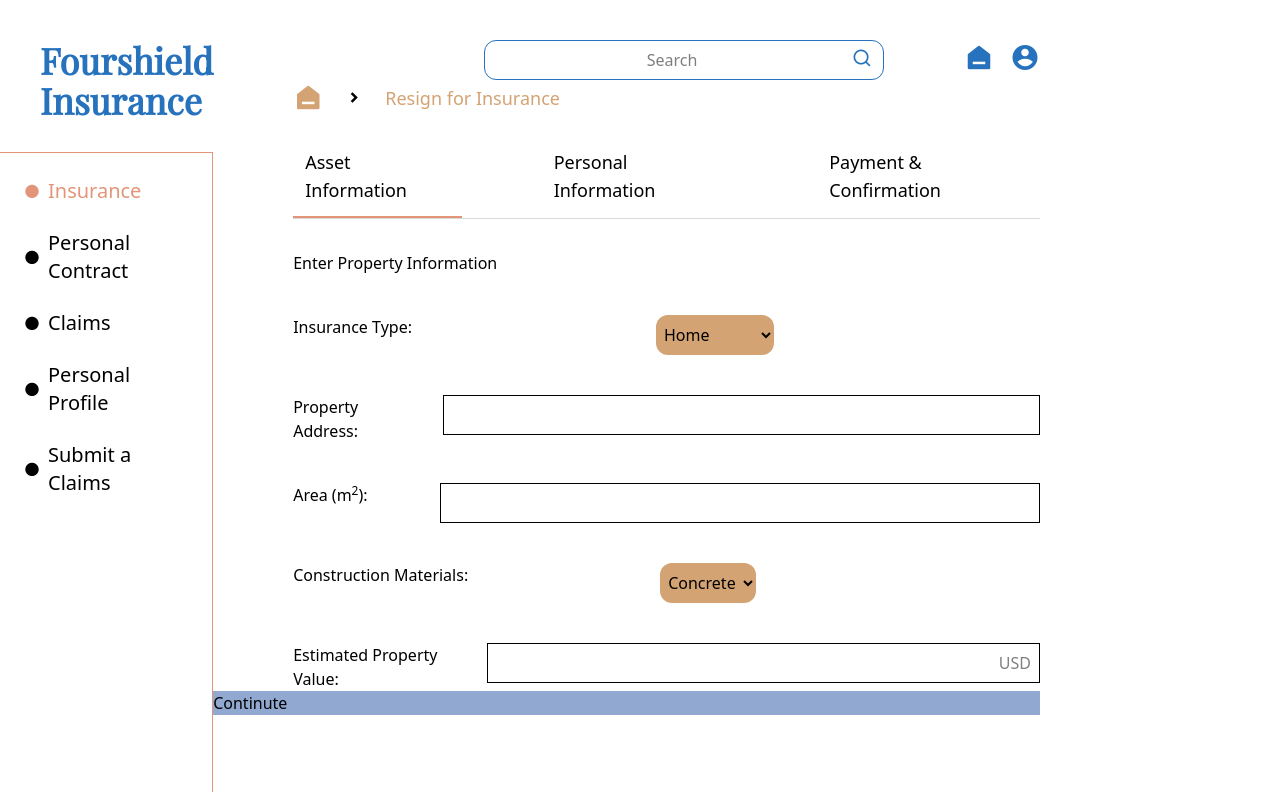
Repository: MockProject9920/MockProject_022025_Nhom4
Page: / (app in frontend/)
The author's editor kept a copy of each file at every save. The page is drawn from the files as they stood at one save, then again after the next save.
The browser window is 1280 px wide. The pictures show the whole page.
The project was rebuilt for these pictures with package versions that can differ from the ones it lists, and the page was loaded fresh each time. Also part of the build but not shown: frontend/vite.config.js, frontend/src/pages/Login.jsx.

Above is the page before, as saved 2025-03-05 16:42:10.

### frontend/index.html
<!DOCTYPE html>

<html lang="en">
  <head>
    <meta charset="UTF-8" />
    <link rel="icon" type="image/svg+xml" href="/vite.svg" />
    <meta name="viewport" content="width=device-width, initial-scale=1.0" />
    <title>Vite + React</title>
  </head>
  <body>
    <div id="root"></div>
    <script type="module" src="/src/main.jsx"></script>
  </body>
</html>

### frontend/src/index.css
@import "tailwindcss";
@import "remixicon/fonts/remixicon.css";
/*  font-family: system-ui, Avenir, Helvetica, Arial, sans-serif;
  line-height: 1.5;
  font-weight: 400;

  color-scheme: light dark;
  color: rgba(255, 255, 255, 0.87);
  background-color: #242424;

  font-synthesis: none;
  text-rendering: optimizeLegibility;
  -webkit-font-smoothing: antialiased;
  -moz-osx-font-smoothing: grayscale;
}

a {
  font-weight: 500;
  color: #646cff;
  text-decoration: inherit;
}
a:hover {
  color: #535bf2;
}

body {
  margin: 0;
  display: flex;
  place-items: center;
  min-width: 320px;
  min-height: 100vh;
}

h1 {
  font-size: 3.2em;
  line-height: 1.1;
}

button {
  border-radius: 8px;
  border: 1px solid transparent;
  padding: 0.6em 1.2em;
  font-size: 1em;
  font-weight: 500;
  font-family: inherit;
  background-color: #1a1a1a;
  cursor: pointer;
  transition: border-color 0.25s;
}
button:hover {
  border-color: #646cff;
}
button:focus,
button:focus-visible {
  outline: 4px auto -webkit-focus-ring-color;
}

@media (prefers-color-scheme: light) {
  :root {
    color: #213547;
    background-color: #ffffff;
  }
  a:hover {
    color: #747bff;
  }
  button {
    background-color: #f9f9f9;
  }
} */

### frontend/src/App.jsx
import AssetInformation from "./pages/AssetInformation";
import Login from "./pages/Login";

function App() {
  return (
    <>
      <AssetInformation />
    </>
  );
}

export default App;

### frontend/src/pages/AssetInformation.jsx
import React from "react";
import "@fontsource/playfair-display";

function AssetInformation() {
  return (
    <div className="flex space-x-0 py-10 h-screen w-screen">
      <div className="w-[280px] space-y-8 h-full">
        <p
          className="text-4xl text-[#2772BD] font-bold pl-10"
          style={{ fontFamily: "Playfair Display" }}
        >
          Fourshield Insurance
        </p>
        <div className="space-y-6 h-full p-6  border-t-1 border-r-1 border-t-[#E29578] border-r-[#E29578]">
          <div className="flex space-x-2 items-center">
            <i class="ri-circle-fill text-[#E29578]"></i>
            <p className="text-xl text-[#E29578]">Insurance</p>
          </div>
          <div className="flex space-x-2 items-center">
            <i class="ri-circle-fill"></i>
            <p className="text-xl">Personal Contract</p>
          </div>
          <div className="flex space-x-2 items-center">
            <i class="ri-circle-fill"></i>
            <p className="text-xl">Claims</p>
          </div>
          <div className="flex space-x-2 items-center">
            <i class="ri-circle-fill"></i>
            <p className="text-xl">Personal Profile</p>
          </div>
          <div className="flex space-x-2 items-center">
            <i class="ri-circle-fill"></i>
            <p className="text-xl">Submit a Claims</p>
          </div>
        </div>
      </div>

      <div className=" w-full  mr-60">
        <div className=" flex space-x-20 justify-end ">
          <div className="relative">
            <input
              placeholder="Search"
              className="w-100 h-10 border border-[#2772BD] text-center py-2 pr-10 pl-4 rounded-xl"
            />
            <i className="ri-search-line absolute right-3 top-[18px] transform -translate-y-1/2 text-[#2772BD] text-xl"></i>
          </div>

          <div className="flex space-x-4 text-[#2772BD] text-2xl">
            <i className="ri-home-6-fill text-3xl"></i>
            <i className="ri-account-circle-fill text-3xl"></i>
          </div>
        </div>

        <div
          className="flex space-x-4 w-full ml-20 items-center
        "
        >
          <i className="ri-home-6-fill text-3xl text-[#D4A373]"></i>
          <i class="ri-arrow-drop-right-line text-3xl"></i>
          <p className="text-lg text-[#D4A373]">Resign for Insurance</p>
        </div>

        <div className="flex space-x-20 ml-20 mt-5 justify-center border-b-1 border-b-[#D9D9D9]">
          <p className="text-lg p-3 border-b-2 border-b-[#E29578] z-10">
            Asset Information
          </p>
          <p className="text-lg p-3 ">Personal Information</p>
          <p className="text-lg p-3 ">Payment & Confirmation</p>
        </div>

        <div className="ml-20 mt-8 space-y-10">
          <p className="font-medium">Enter Property Information</p>

          <div className="flex space-x-4">
            <p className="font-medium">Insurance Type:</p>
            <select className="h-10 p-1 ml-57 rounded-xl bg-[#D4A373]">
              <option className="bg-white" value="Home">
                Home
              </option>
              <option className="bg-white" value="Apartment">
                Apartment
              </option>
              <option className="bg-white" value="Commercial">
                Commercial
              </option>
            </select>
          </div>
          <div className="flex space-x-4 w-full justify-between">
            <p className="font-medium">Property Address:</p>
            <input className="border-1 w-150 h-10"></input>
          </div>
          <div className="flex space-x-4 w-full justify-between">
            <p className="font-medium">
              Area (m<sup>2</sup>):
            </p>
            <input className="border-1 w-150 h-10"></input>
          </div>
          <div className="flex space-x-4">
            <p className="font-medium">Construction Materials:</p>
            <select className="h-10 p-1 ml-44 rounded-xl bg-[#D4A373]">
              <option className="bg-white" value="Concrete">
                Concrete
              </option>
              <option className="bg-white" value="ApaBrickrtment">
                Brick
              </option>
              <option className="bg-white" value="Wood">
                Wood
              </option>
              <option className="bg-white" value="Other">
                Other
              </option>
            </select>
          </div>
          <div className="flex space-x-4 w-full justify-between">
            <p className="font-medium">Estimated Property Value:</p>
            <input
              placeholder="USD"
              className="text-right p-2 border-1 w-150 h-10"
            ></input>
          </div>
        </div>

        <div className="w-full justify-center bg-[#91A8D0]">
          <button>Continute</button>
        </div>
      </div>
    </div>
  );
}

export default AssetInformation;

Loaded but not shown: frontend/src/main.jsx (common file)

After the next save:
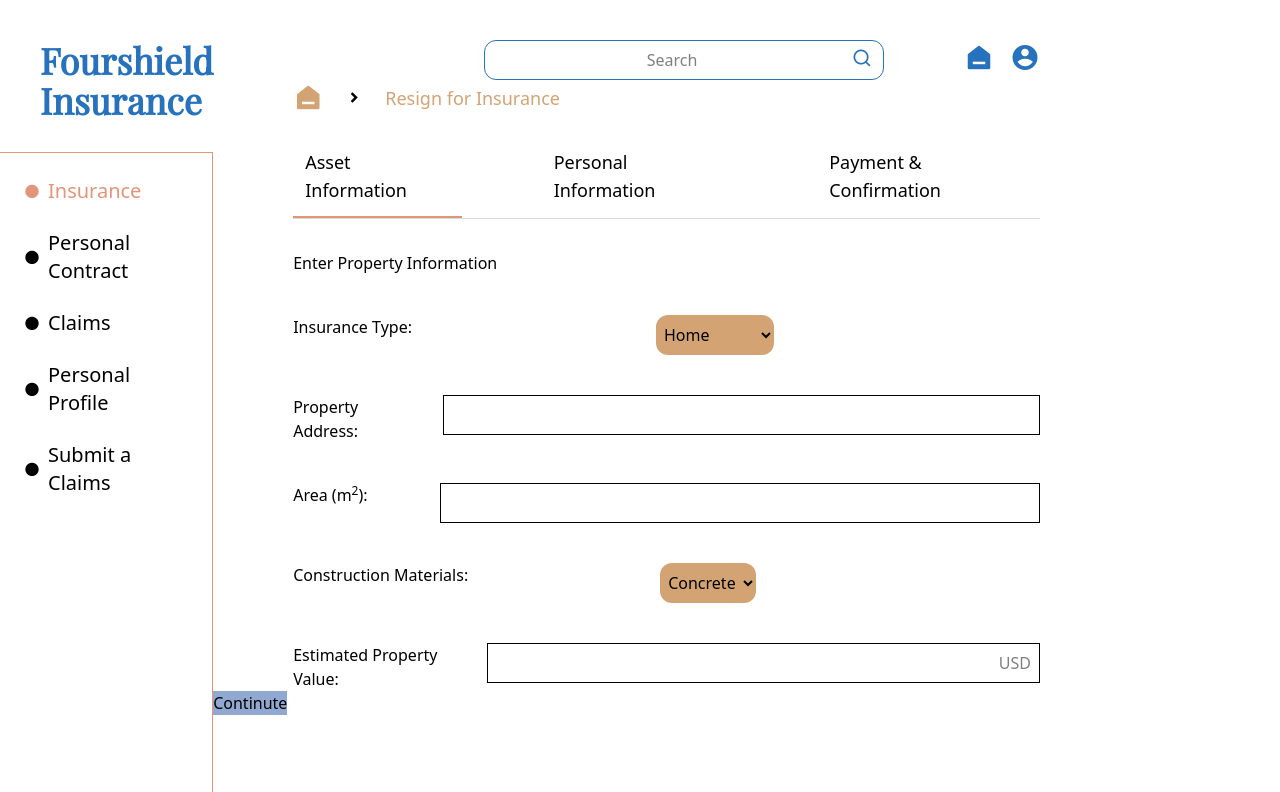
Saved 20 s later.
--- a/frontend/src/pages/AssetInformation.jsx
+++ b/frontend/src/pages/AssetInformation.jsx
@@ -121,8 +121,8 @@ function AssetInformation() {
           </div>
         </div>
 
-        <div className="w-full justify-center bg-[#91A8D0]">
-          <button>Continute</button>
+        <div className="w-full justify-center ">
+          <button className="bg-[#91A8D0]">Continute</button>
         </div>
       </div>
     </div>
